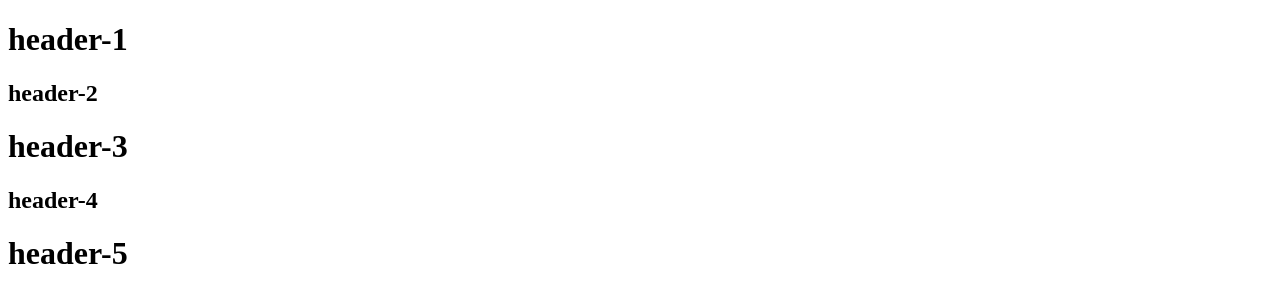
Repository: KYJIN1024/kic_jquery
Page: http://localhost/JQueryEx01/jquery29.jsp
An editor plug-in stored every save of this project. The page is shown before and after the next save, followed by the edit.
The browser window is 1280 px wide. The pictures show the whole page.
The page is served by Tomcat 9.

Above is the page before, as saved 2023-05-16 01:52:55.

After the next save:
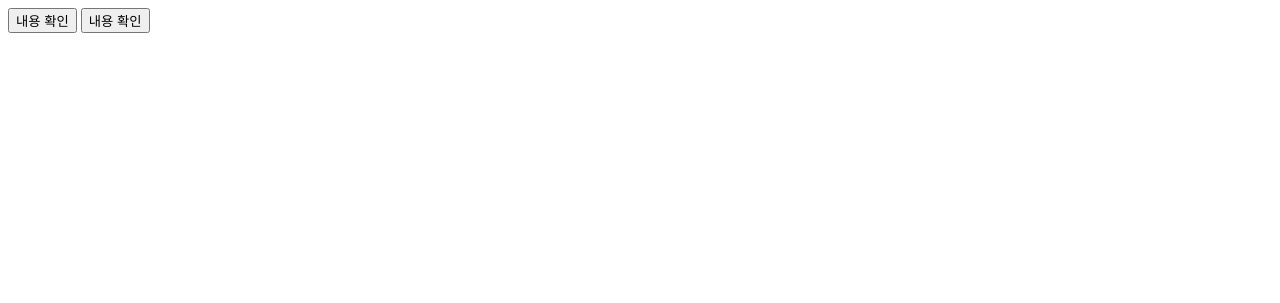
Saved 23 min 2 s later.
--- a/JQueryEx01/src/main/webapp/jquery29.jsp
+++ b/JQueryEx01/src/main/webapp/jquery29.jsp
@@ -8,27 +8,30 @@
 
 <script src="https://ajax.googleapis.com/ajax/libs/jquery/3.6.4/jquery.min.js"></script>
 <script>
-	$.noConflict();
-	const J = jQuery
-	J( document ).ready( function() {
-		//console.log( "Hello jQuery" )
 
-		let object = { name: '홍길동' };
+	$( document ).ready( function() {
+		document.getElementById('btn1').onclick = function() {
 
-		J.extend( object,
-				{ region2:'서울시 강남구', part2:'베이스'},
-				{ region3:'서울시 서초구', part3:'세컨드'}
-			);
+			const html = document.getElementById('result');
+			//html.innerHTML = '<i>새로운 결과</i>';
+			html.textContent ='<i>새로운 결과 </i>';
+
+			//console.log( html.innerHTML);
+			//console.log( html.textContent);
+
+			// jQuery
+			console.log( $('#result').html() );
+			console.log( $('#result').text() );
+
+		};
+
 	});
 
 </script>
 </head>
 <body>
-	<h1 class="c">header-1</h1>
-	<h2>header-2</h2>
-	<h1 class="c">header-3</h1>
-	<h2>header-4</h2>
-	<h1 class="c">header-5</h1>
+	<button id="btn1">내용 확인</button>
+	<button id="btn2">내용 확인</button>
 
 </body>
 </html>
